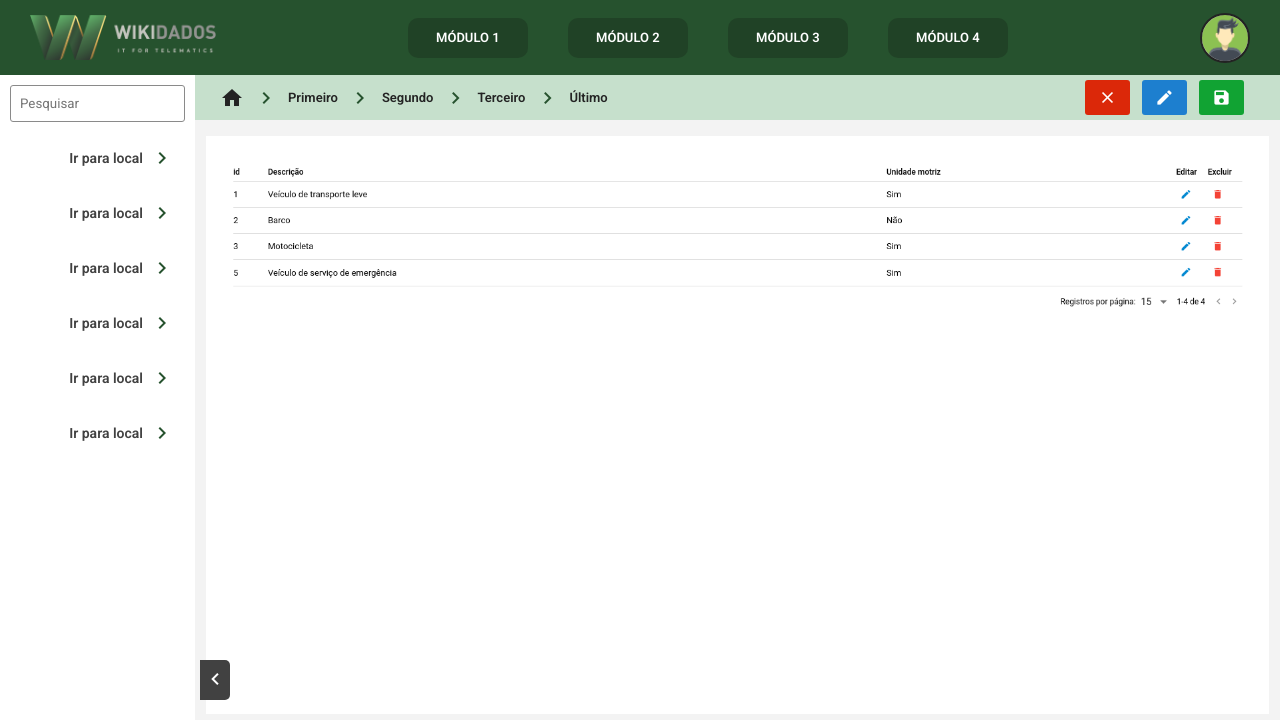
Repository: AlexDjon/alexdjon.github.io
Page: wiki-relayout/index.html
The author's editor kept a copy of each file at every save. The page is drawn from the files as they stood at one save, then again after the next save.
The browser window is 1280 px wide. The pictures show the whole page.

Above is the page before, as saved 2020-08-12 17:29:07.

### wiki-relayout/index.html
<!DOCTYPE html>
<html lang="pt-br">

<head>
  <meta charset="UTF-8">
  <meta name="viewport" content="width=device-width, initial-scale=1.0">
  <title>Wiki - Relayout</title>

  <link rel="shotcut icon" href="https://wikidados.com.br/assets/wiki/img/logos/favicon.ico">
  <link href="https://fonts.googleapis.com/icon?family=Material+Icons" rel="stylesheet">
  <link href="https://fonts.googleapis.com/css2?family=Open+Sans:wght@400;600;700&family=Roboto:wght@400;600&family=Noto+Sans:wght@400;700&display=swap" rel="stylesheet">
  <link rel="stylesheet" href="css/styles.css">
</head>

<body>
  <header class="cabecalho">
    <img src="img/unnamed.png" alt="Logo Wiki" class="logo">

    <div class="modulos">
      <button>Módulo 1</button>
      <button>Módulo 2</button>
      <button>Módulo 3</button>
      <button>Módulo 4</button>
    </div>

    <button class="user">
    </button>
  </header>

  <aside class="areas">
    <ul>
      <li><i class="material-icons">donut_large</i> Editar perfil</li>
      <li><i class="material-icons">grade</i> Favoritos</li>
      <li><i class="material-icons">history</i> Histórico</li>
      <li><i class="material-icons">power_settings_new</i> Sair</li>
    </ul>
  </aside>

  <main class="conteudo">
    <nav class="navbar">
      <div class="search">
        <input type="text" placeholder="Pesquisar">
      </div>
      <ul class="menu">
        <li>Ir para local <i class="material-icons">chevron_right</i></li>
        <li>Ir para local <i class="material-icons">chevron_right</i></li>
        <li>Ir para local <i class="material-icons">chevron_right</i></li>
        <li>Ir para local <i class="material-icons">chevron_right</i></li>
        <li>Ir para local <i class="material-icons">chevron_right</i></li>
        <li>Ir para local <i class="material-icons">chevron_right</i></li>
      </ul>

      <button class="close">
        <i class="material-icons">chevron_left</i>
      </button>
    </nav>

    <div class="meio">
      <div class="barra">
        <ul class="caminho">
          <li>
            <i class="material-icons">home</i>
          </li>
          <li id="separator">
            <i class="material-icons">chevron_right</i>
          </li>
          <li>
            Primeiro
          </li>
          <li id="separator">
            <i class="material-icons">chevron_right</i>
          </li>
          <li>
            Segundo
          </li>
          <li id="separator">
            <i class="material-icons">chevron_right</i>
          </li>
          <li>
            Terceiro
          </li>
          <li id="separator">
            <i class="material-icons">chevron_right</i>
          </li>
          <li>
            Último
          </li>
        </ul>

        <div class="list-buttons">
          <button>
            <i class="material-icons">close</i>
          </button>
          <button>
            <i class="material-icons">edit</i>
          </button>
          <button>
            <i class="material-icons">save</i>
          </button>
        </div>
      </div>

      <div class="viewer">
        <img src="img/tabela-exemplo.png" alt="Tabela">
      </div>
    </div>

  </main>

  <script src="js/scripts.js"></script>
</body>

</html>

### wiki-relayout/css/styles.css
* {
  padding: 0;
  margin: 0;
  font-weight: 100%;
  font-family: 'Roboto', sans-serif;
  border: 0;
  outline: 0;
  box-sizing: border-box;
}

body {
  background: #f3f3f3;
}

:root {
  --verdeW: #26522e;
  --verdeW2: #204226;
  --verdeW-semi: #c6e0cc;
  --verde: #32a852;
  --black: #232323;
  --black2: #414141;
  --white: #ffffff;
  --grey: #464646;
  --shadow: -4px 4px 8px 0px rgba(10, 10, 10, 0.27);
  --cabecalhoY: 75px;
  --barrY: 45px;
}

/* CABECALHO */
.cabecalho {
  width: 100%;
  height: var(--cabecalhoY);
  background: var(--verdeW);
  padding: 10px 30px;
  display: flex;
  justify-content: space-between;
  align-items: center;
}

.cabecalho .logo {
  height: 45px;
}

.cabecalho .modulos {
  display: flex;
}
.cabecalho .modulos button {
  margin: 0 20px;
  width: 120px;
  height: 40px;
  border-radius: 10px;
  background-color: var(--verdeW2);
  color: var(--white);
  font-size: 13px;
  text-transform: uppercase;
  font-weight: 600;
  cursor: pointer;
  transition: filter 0.3s;
}
.cabecalho .modulos button:hover {
  filter: brightness(90%);
}
.cabecalho .user {
  height: 50px;
  width: 50px;
  border-radius: 50%;
  border: solid 2px var(--black);

  background-image: url(../img/avatar1.png);
  background-size: cover;
  background-position: center center;

  cursor: pointer;
}

/* AREAS */
.areas {
  display: none;
  min-width: 180px;
  position: absolute;
  top: var(--cabecalhoY);
  right: 0;
  background-color: var(--white);
  box-shadow: var(--shadow);
}
.areas.ativo {
  display: block;
}
.areas ul {
  list-style: none;
  padding: 10px 20px 10px 40px;
}
.areas ul li {
  margin: 17px 0;
  font-size: 15px;
  color: var(--black2);

  display: flex;
  justify-content: flex-start;
  align-items: center;
  transition: color 0.3s;
  cursor: pointer;
}
.areas ul li:hover {
  color: var(--black);
}
.areas ul li i {
  margin-right: 8px;
  font-size: 17px;
  color: var(--verdeW);
}


/* NAVBAR */
.navbar {
  width: 230px;
  height: calc(100vh - var(--cabecalhoY));
  background: var(--white);
  /* border-bottom: solid 20px var(--verdeW); */
}
.navbar.ativo {
  width: 0;
}
.navbar .menu {
  padding: 0 18px 50px 0;
  display: flex;
  flex-direction: column;
  justify-content: flex-start;
  align-items: flex-end;
  list-style: none;
}
.navbar .menu li {
  margin: 7px 0;
  font-weight: 600;
  color: var(--black2);
  font-size: 14px;
  padding: 7px 3px 10px 10px;
  /* border-bottom: solid 1px var(--white);
  border-radius: 0 0 5px 0; */

  display: flex;
  justify-content: space-between;
  align-items: center;

  cursor: pointer;
}
.navbar .menu li i {
  margin-left: 7px;
  color: var(--black2);
}
.navbar .menu li i {
  color: var(--verdeW);
}
.navbar .close {
  position: absolute;
  bottom: 20px;
  width: 30px;
  border-radius: 0 5px 5px 0;
  height: 40px;
  background: var(--black2);
  left: 200.27px;
  margin: 0;
  cursor: pointer;
  transition: filter 0.3s;
}
.navbar .close:hover {
  filter: brightness(110%);
}
.navbar .close i {
  color: var(--white);
}
.navbar .search {
  width: 100%;
  padding: 10px;
}
.navbar .search input {
  width: 100%;
  padding: 10px 9px;
  border-radius: 3px;
  border: solid 1px #8a8a8a;
}

/* CONTEUDO */
.conteudo {
  width: 100%;
  height: calc(100vh - var(--cabecalhoY));

  display: flex;
}

.meio {
  width: 100%;
  display: flex;
  flex-direction: column;
}

.meio .barra {
  width: 100%;
  height: var(--barrY);
  padding: 0 20px;
  margin-bottom: 10px;
  background-color: var(--verdeW-semi);
  display: flex;
  justify-content: space-between;
  align-items: center;
}
/*
.meio .barra div#separator span i {
  margin: 0 5px;
  color: var(--verdeW);
} */
.meio .barra .caminho {
  height: var(--barrY);
  display: flex;
  align-items: center;
  list-style: none;
}
.meio .barra .caminho li {
  height: var(--barrY);
  margin: 0 5px;
  font-size: 13px;
  font-weight: 600;
  color: var(--black);
  display: flex;
  align-items: center;
}
.meio .barra .caminho li:not(#separator) {
  cursor: pointer;
}

.meio .barra .caminho li#separator {
  color: var(--verdeW);
}

.list-buttons {
  margin: 0 10px;
  display: flex;
}
.list-buttons button {
  height: 35px;
  width: 45px;
  margin: 0 6px 0 6px;
  border-radius: 3px;
  display: flex;
  justify-content: center;
  align-items: center;
  /* border: solid 1px var(--white); */
  background: var(--verdeW2);
  cursor: pointer;
}
.list-buttons button i {
  font-size: 19px;
  color: var(--white);
}
.list-buttons button:nth-child(1) {
  background: #db2809;
}
.list-buttons button:nth-child(2) {
  background: #1d7fcf;
}
.list-buttons button:nth-child(3) {
  background: #11a333;
}

/* VIEWER */
.viewer {
  width: 98%;
  margin: 6px 1%;
  padding: 20px;
  height: calc(100vh - calc(var(--cabecalhoY) + var(--barrY)) - 12px);
  background-color: var(--white);
  display: flex;
  justify-content: center;
  align-items: flex-start;
}

.viewer img {
  width: 100%;
}

### wiki-relayout/js/scripts.js
function getItem (info) {
  return document.querySelector(info)
}

getItem('.user').addEventListener('click', () => {
  getItem('.areas').classList.toggle('ativo')
})

getItem('.navbar .close').addEventListener('click', function () {

  getItem('.navbar').classList.toggle('ativo')

  const thisIcon = (context, value, action = 'get') => {
    if (action == 'get') {
      return context.firstElementChild
    }
    else if (action == 'change') {
      context.firstElementChild.textContent = value
    }
  }

  const icon = thisIcon(this).textContent

  if (icon === 'chevron_left') {
    this.style.left = '0px'
    thisIcon(this, 'chevron_right', 'change')
  }
  else {
    this.style.left = '200.27px'
    thisIcon(this, 'chevron_left', 'change')
  }
})

After the next save:
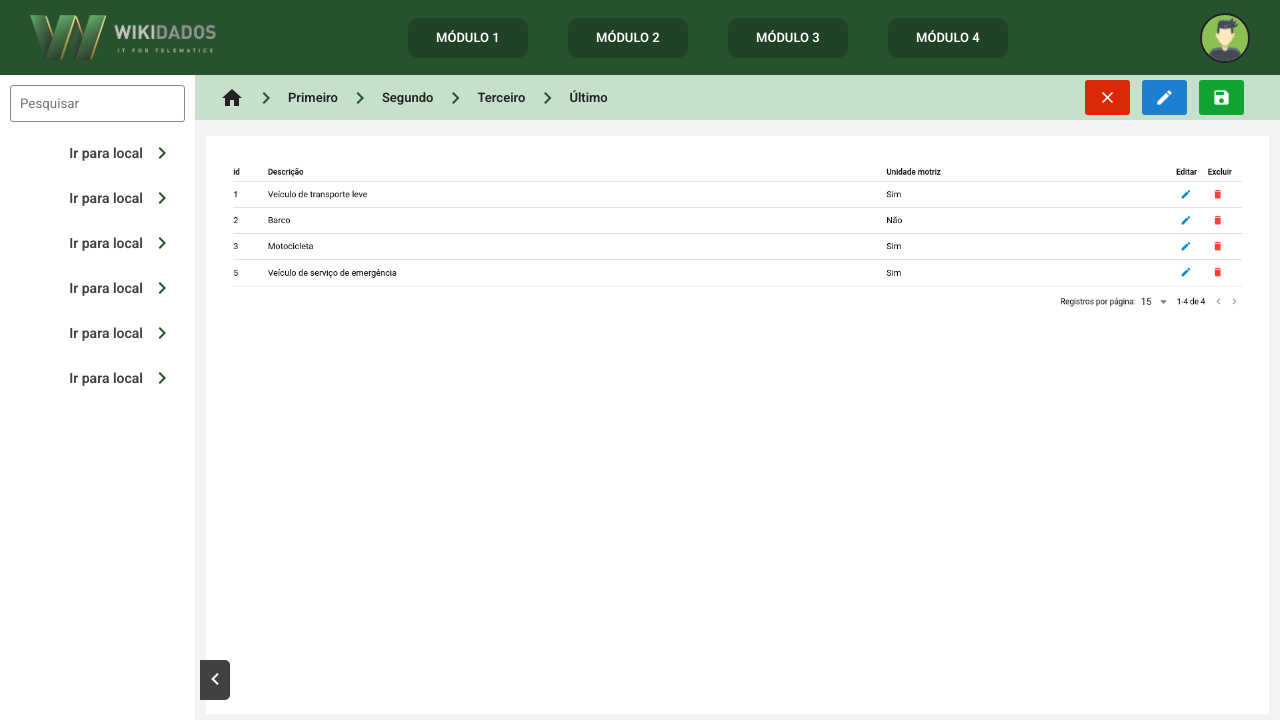
Saved 10 s later.
--- a/wiki-relayout/css/styles.css
+++ b/wiki-relayout/css/styles.css
@@ -130,7 +130,7 @@
   list-style: none;
 }
 .navbar .menu li {
-  margin: 7px 0;
+  margin: 2px 0;
   font-weight: 600;
   color: var(--black2);
   font-size: 14px;

After the save that followed:
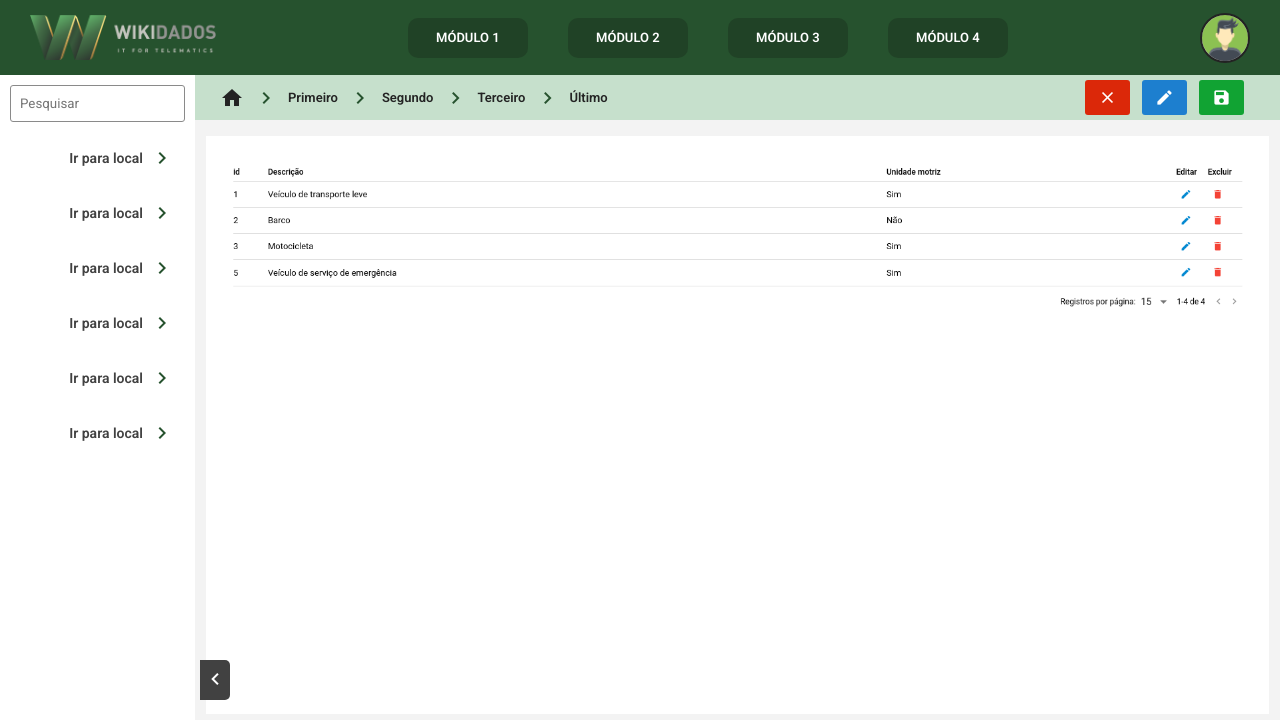
Saved 4 s later.
--- a/wiki-relayout/css/styles.css
+++ b/wiki-relayout/css/styles.css
@@ -130,7 +130,7 @@
   list-style: none;
 }
 .navbar .menu li {
-  margin: 2px 0;
+  margin: 7px 0;
   font-weight: 600;
   color: var(--black2);
   font-size: 14px;
